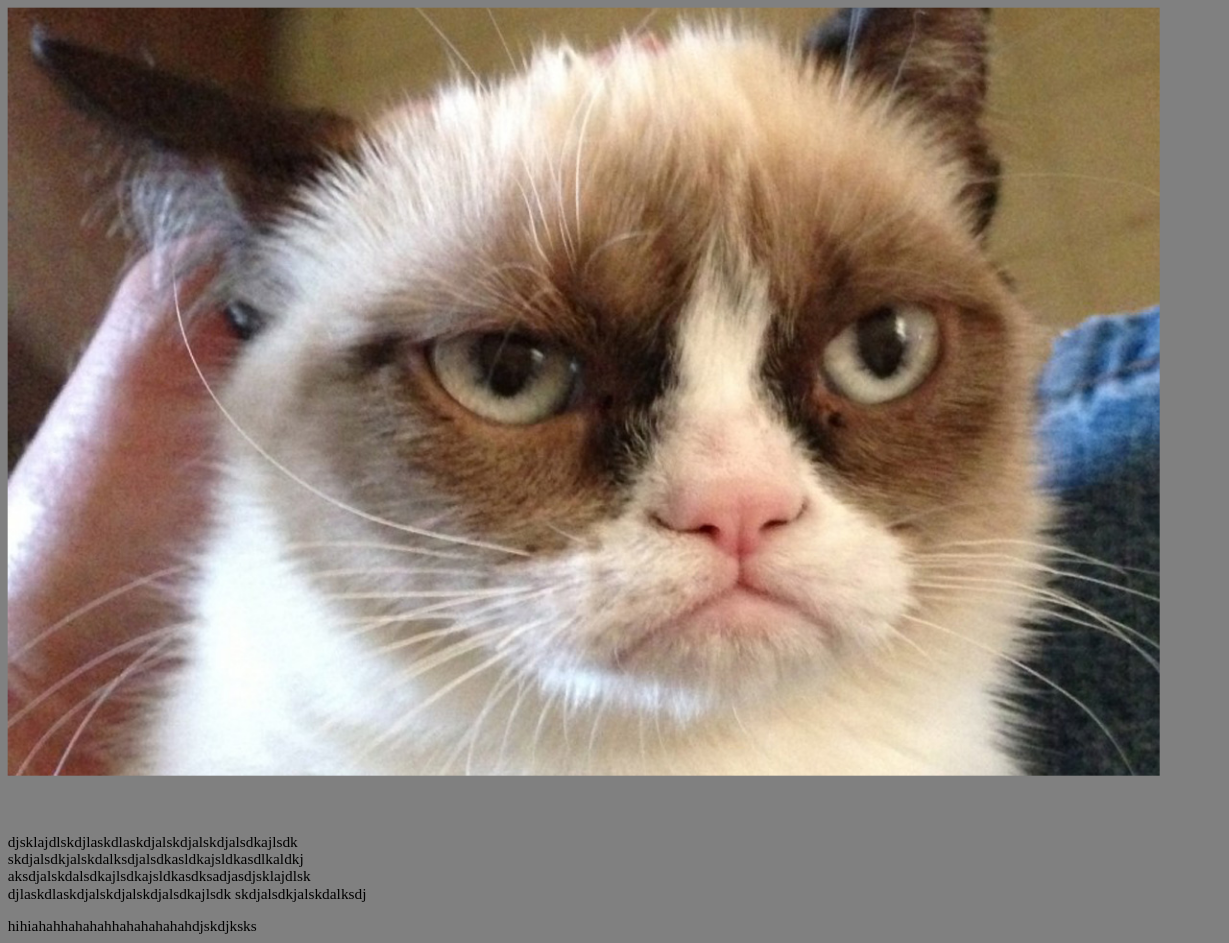
Repository: hanj291/hanj291.github.io
Page: page2.html
The author's editor kept a record of every edit. The page is drawn from the files as they stood at one moment, then again after the next edit.
The browser window is 1280 px wide. The pictures show the whole page, at 96% of full size.

Above is the page before.

After the next edit:
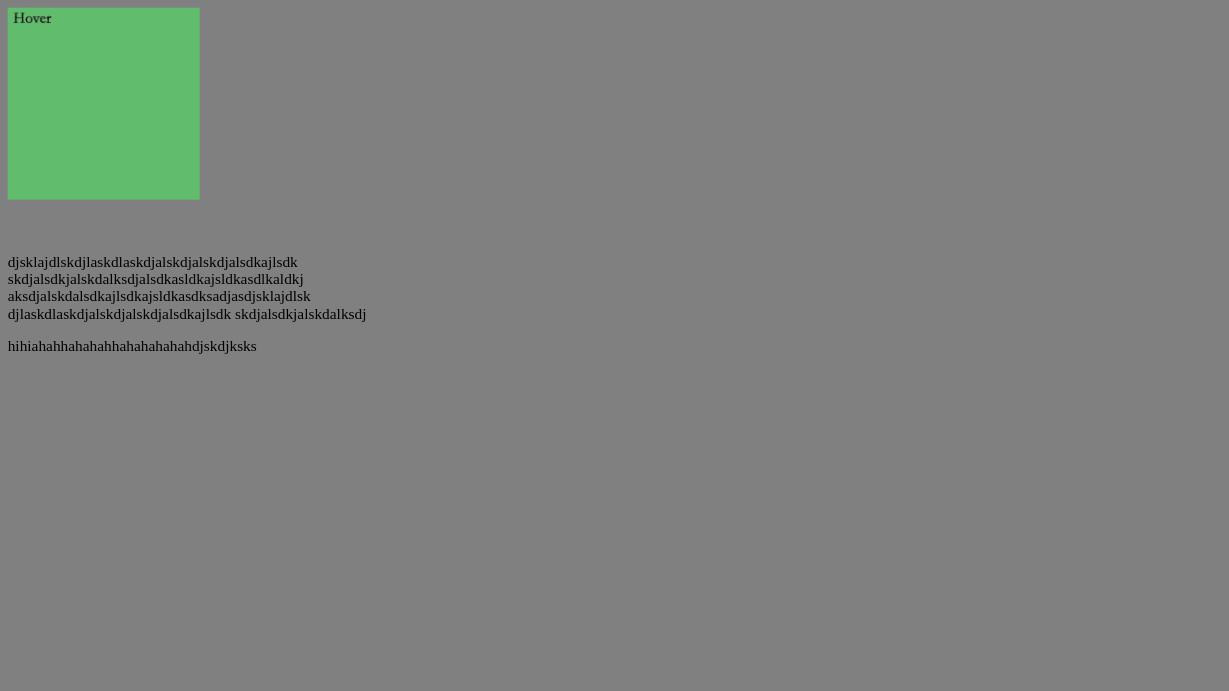
The edit:
--- a/page2.html
+++ b/page2.html
@@ -5,7 +5,7 @@
 		<link href="column.css" rel="stylesheet">
 	</head>
 	<body>
-	<img src="cat.jpg">
+	<div class="sprite"></div>
 
 	<div class="wrapper">
 		<div class="column"></div>
